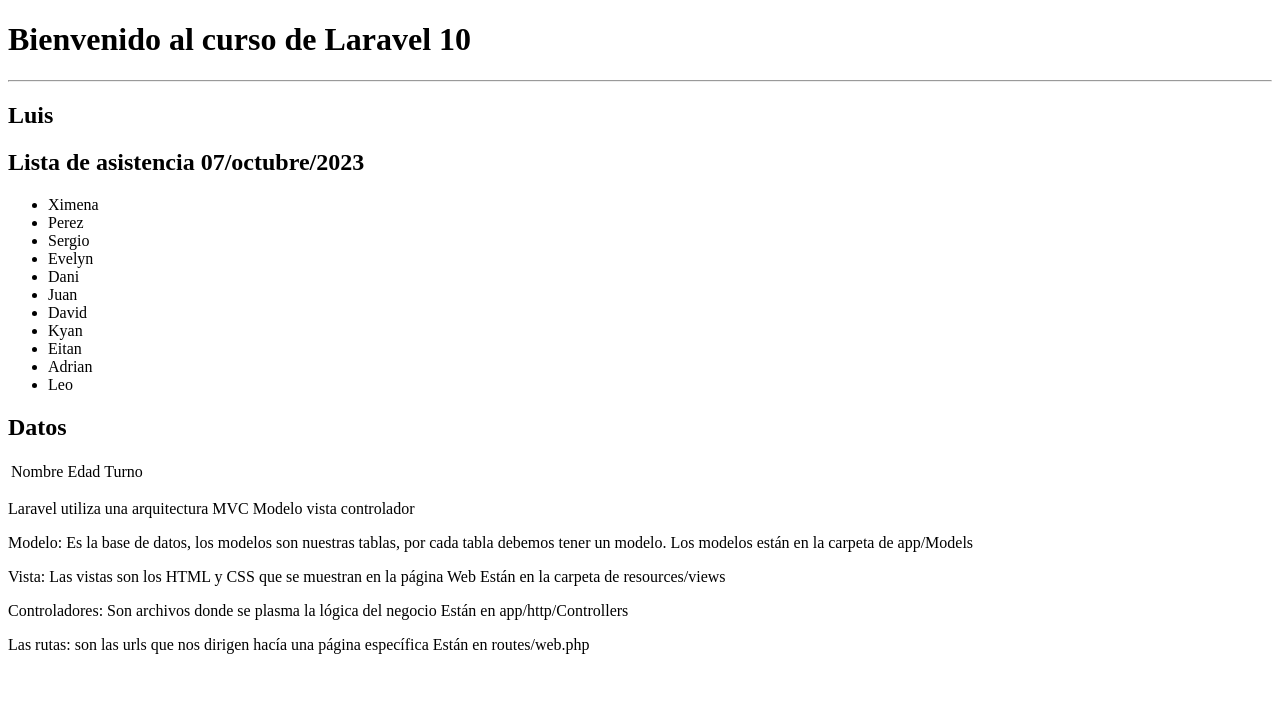
Repository: terrazasjuancarlos/cursoLaravel2-master
Page: http://localhost/bienvenido
The author's editor kept a copy of each file at every save. The page is drawn from the files as they stood at one save, then again after a run of saves.
The browser window is 1280 px wide. The pictures show the whole page.
The page is served by the project's Laravel application, run on PHP 8.4 with Laravel 10. Other server files are loaded and not shown.

Above is the page before, as saved 2023-10-07 12:50:44.

### routes/web.php
<?php

use App\Http\Controllers\bienvenidoController;
use Illuminate\Support\Facades\Route;
/*
|--------------------------------------------------------------------------
| Web Routes
|--------------------------------------------------------------------------
|
| Here is where you can register web routes for your application. These
| routes are loaded by the RouteServiceProvider and all of them will
| be assigned to the "web" middleware group. Make something great!
|
*/
Route::get('/', function () {
    return view('welcome');
});

route::get('/bienvenido', [bienvenidoController::class, 'bienvenido']);

### app/Http/Controllers/bienvenidoController.php
<?php

namespace App\Http\Controllers;

use Illuminate\Http\Request;

class bienvenidoController extends Controller
{
    public function bienvenido(){
        $nombre = "Luis";
        $alumnos =['Ximena', 'Perez', 'Sergio', 'Evelyn', 'Dani', 'Juan', 'David', 'Kyan', 'Eitan', 'Adrian', 'Leo'];
        $datos = array(['nombre' => 'Ximena', 'edad' => 17, 'turno' => 'Vespertino'],
                       ['nombre' => 'Perez', 'edad' => 20, 'turno' => 'Matutino'],
                       ['nombre' => 'Sergio', 'edad' => 15, 'turno' => 'Nocturno'],
                       ['nombre' => 'Evelyn', 'edad' => 16, 'turno' => 'Vespertino'],
                       ['nombre' => 'Dani', 'edad' => 18, 'turno' => 'Matutino'],
                       ['nombre' => 'Juan', 'edad' => 24, 'turno' => 'Matutino'],
                       ['nombre' => 'david', 'edad' => 28, 'turno' => 'Vespertino']);

        return view('bienvenido', compact('nombre', 'alumnos'));
    }
}

### resources/views/bienvenido.blade.php
<!DOCTYPE html>
<html lang="en">
<head>
    <meta charset="UTF-8">
    <meta name="viewport" content="width=device-width, initial-scale=1.0">
    <meta http-equiv="X-UA-Compatible" content="ie=edge">
    <title>Bienvenido</title>
</head>
<body>
    <h1>Bienvenido al curso de Laravel 10</h1><hr>
    <h2>{{ $nombre }}</h2>
    <h2>Lista de asistencia 07/octubre/2023</h2>
    <ul>
        @foreach ($alumnos as $a)
            <li>{{ $a }}</li>
        @endforeach
    </ul>
    <h2>Datos</h2>
    <table>
        <tr>
            <td>Nombre</td>
            <td>Edad</td>
            <td>Turno</td>
        </tr>
    </table>
    <p>Laravel utiliza una arquitectura MVC Modelo vista controlador</p>

    <p>
        Modelo: Es la base de datos, los modelos son nuestras tablas, por cada tabla
        debemos tener un modelo.
        Los modelos están en la carpeta de app/Models
    </p>
    <p>
        Vista: Las vistas son los HTML y CSS que se muestran en la página Web
        Están en la carpeta de resources/views
    </p>
    <p>
        Controladores: Son archivos donde se plasma la lógica del negocio
        Están en app/http/Controllers
    </p>
    <p>Las rutas: son las urls que nos dirigen hacía una página específica
        Están en routes/web.php
    </p>
</body>
</html>

Loaded but not shown: app/Http/Controllers/Controller.php (common file)

After the next 4 saves:
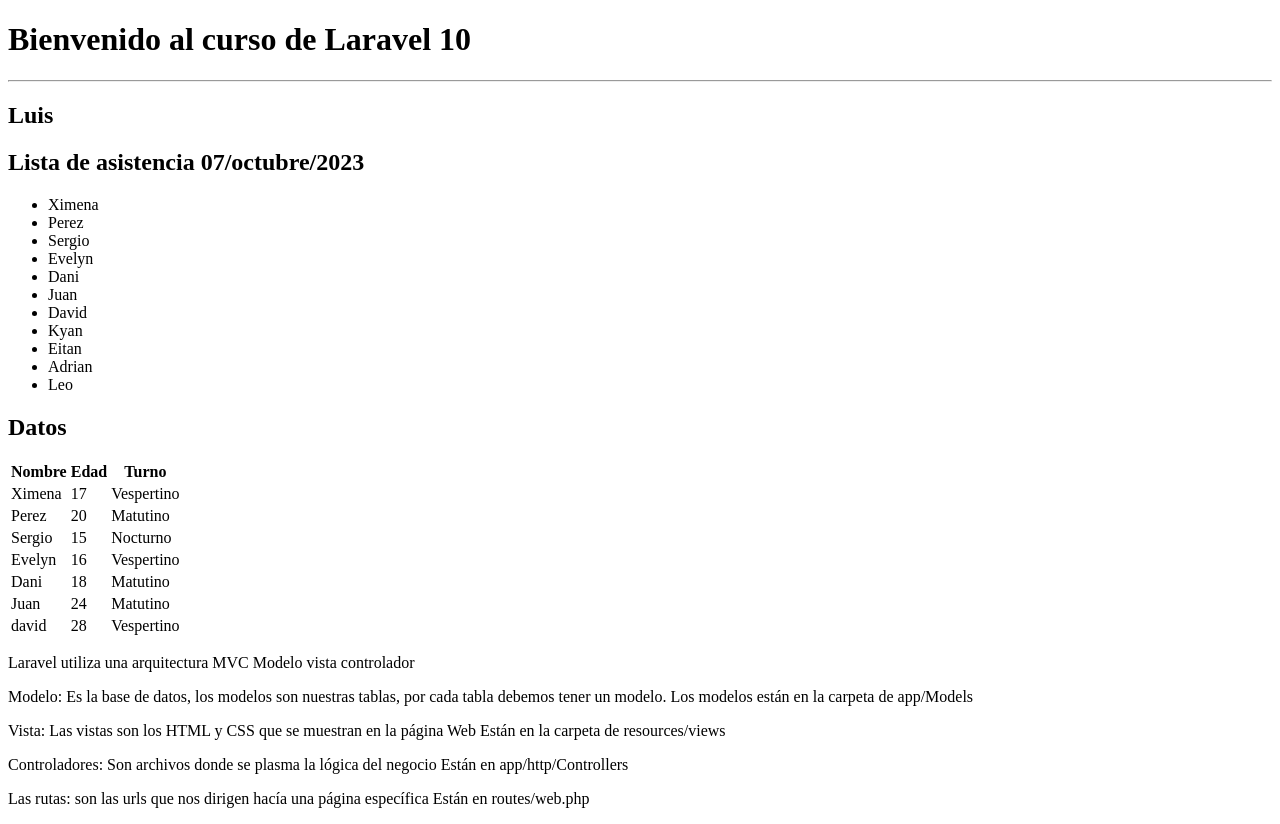
The 4 saves are shown as one change because 3 did not build or start.
The last was saved 91 s later.
--- a/app/Http/Controllers/bienvenidoController.php
+++ b/app/Http/Controllers/bienvenidoController.php
@@ -17,6 +17,6 @@
                        ['nombre' => 'Juan', 'edad' => 24, 'turno' => 'Matutino'],
                        ['nombre' => 'david', 'edad' => 28, 'turno' => 'Vespertino']);
 
-        return view('bienvenido', compact('nombre', 'alumnos'));
+        return view('bienvenido', compact('nombre', 'alumnos', 'datos'));
     }
 }
--- a/resources/views/bienvenido.blade.php
+++ b/resources/views/bienvenido.blade.php
@@ -18,10 +18,17 @@
     <h2>Datos</h2>
     <table>
         <tr>
-            <td>Nombre</td>
-            <td>Edad</td>
-            <td>Turno</td>
+            <th>Nombre</th>
+            <th>Edad</th>
+            <th>Turno</th>
         </tr>
+        @foreach ($datos as $d)
+            <tr>
+                <td>{{ $d["nombre"] }}</td>
+                <td>{{ $d["edad"] }}</td>
+                <td>{{ $d["turno"] }}</td>
+            </tr>
+        @endforeach
     </table>
     <p>Laravel utiliza una arquitectura MVC Modelo vista controlador</p>
 
